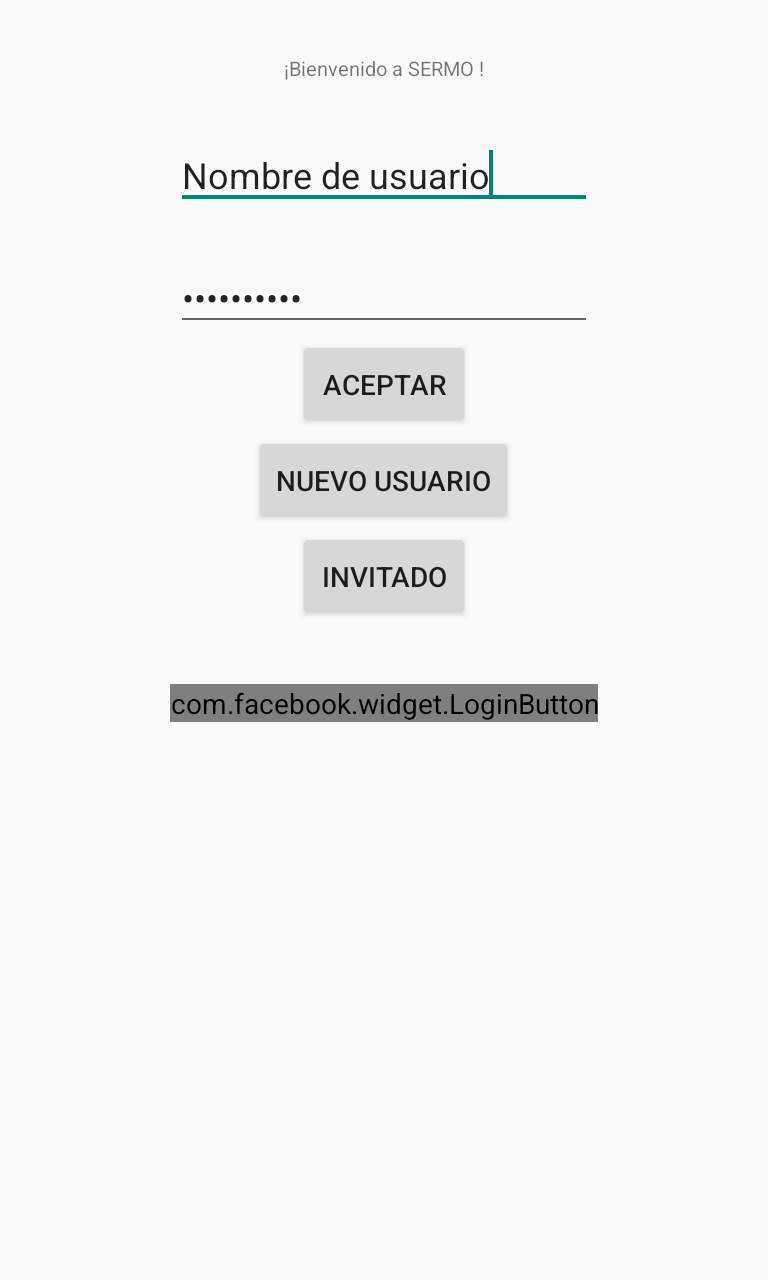
Repository: MVidi/juegos
Layout: SermoJuego/res/layout/pantallaprimera.xml
These files come from the project's save history. The layout is drawn as it stood at one moment and after the next save; the edit follows.
Pictures or frames that could not be fetched are drawn as grey boxes. It is drawn on a 768 x 1280 px phone screen (xhdpi) without system bars, with theme AppTheme; the app's code is not run.

Above is the layout before, as saved 2014-08-11 16:08:44.

After the next save:
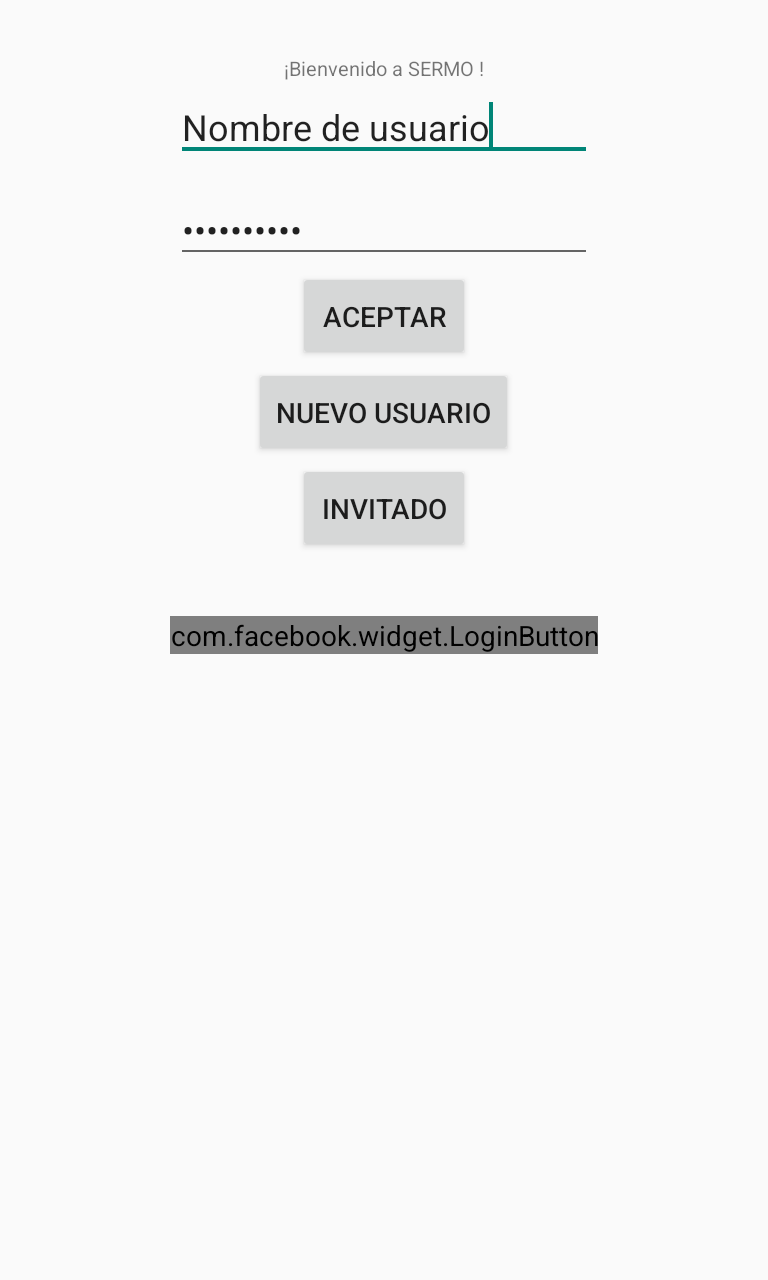
Saved 73 s later.
--- a/SermoJuego/res/layout/pantallaprimera.xml
+++ b/SermoJuego/res/layout/pantallaprimera.xml
@@ -22,7 +22,7 @@
         android:layout_height="wrap_content"
         android:layout_centerHorizontal="true"
         android:layout_below="@+id/usuarioPI"
-        android:layout_marginTop="20dp"
+        android:layout_marginTop="10dp"
         android:ems="10"
         android:inputType="textPassword"
         android:onClick="clicarContrasena"
@@ -34,7 +34,6 @@
         android:layout_height="wrap_content"
         android:layout_below="@+id/TituloPI"
         android:layout_centerHorizontal="true"
-        android:layout_marginTop="24dp"
         android:ems="10"
         android:inputType="textPersonName"
         android:onClick="clicarUsuario"
